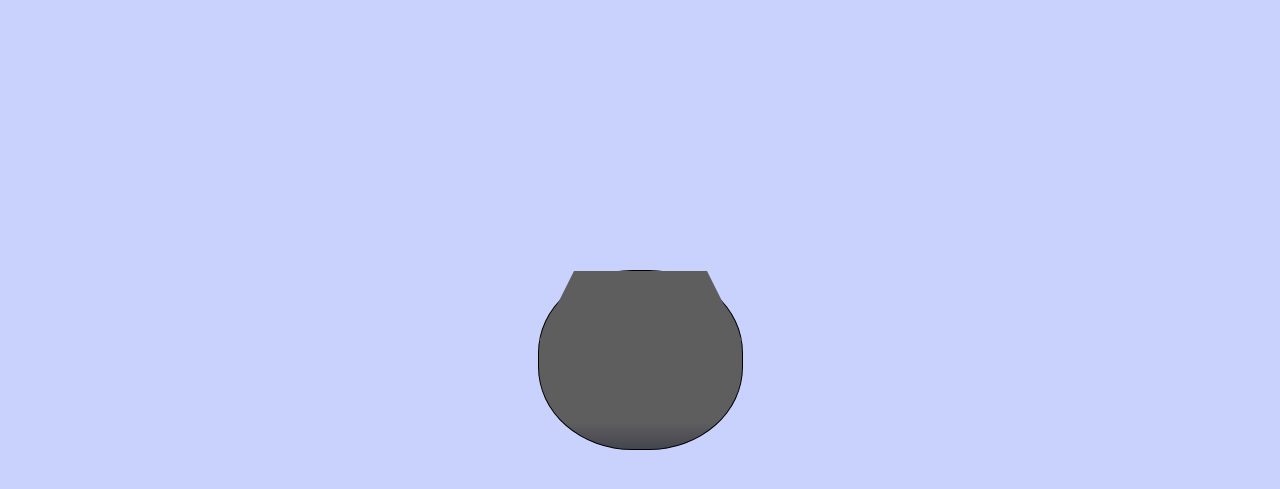
Repository: Lungdjos/cat_painting
Page: index.html
The author's editor kept a copy of each file at every save. The page is drawn from the files as they stood at one save, then again after the next save.
The browser window is 1280 px wide. The pictures show the whole page.

Above is the page before, as saved 2023-11-07 23:29:05.

### index.html
<!DOCTYPE html>
<html lang="en">

<head>
    <meta charset="UTF-8">
    <meta name="viewport" content="width=device-width, initial-scale=1.0">
    <title>fCC Cat Painting</title>
    <link rel="stylesheet" href="./styles.css">
</head>

<body>
    <main>
        <div class="cat-head">
            <div class="cat-ears">
                <div class="cat-right-ear">
                    <div class="cat-right-inner-ear"></div>
                </div>
                <div class="cat-left-ear">
                    <div class="cat-left-inner-ear"></div>
                </div>
            </div>
        </div>
        <!-- <div class="box"></div> -->
    </main>

</body>

</html>

### styles.css
/* Styling the document */

* {
    box-sizing: border-box;
}

body {
    background-color: #c9d2fc;
}

.cat-head {
    width: 205px;
    height: 180px;
    border: 1px solid #000;
    border-radius: 46%;
    background: linear-gradient(#5e5e5e 85%, #45454f 100%);
    position: absolute;
    top: 0;
    left: 0;
    right: 0;
    bottom: 0;
    margin: auto;
}


/* .box {
    width: 200px;
    height: 600px;
    background-color: #000;
    position: absolute;
    top: 800px;
    left: 650px;
} */

.cat-left-ear {
    border-left: 35px solid transparent;
    border-right: 35px solid transparent;
    border-bottom: 70px solid #5e5e5e;
}

After the next save:
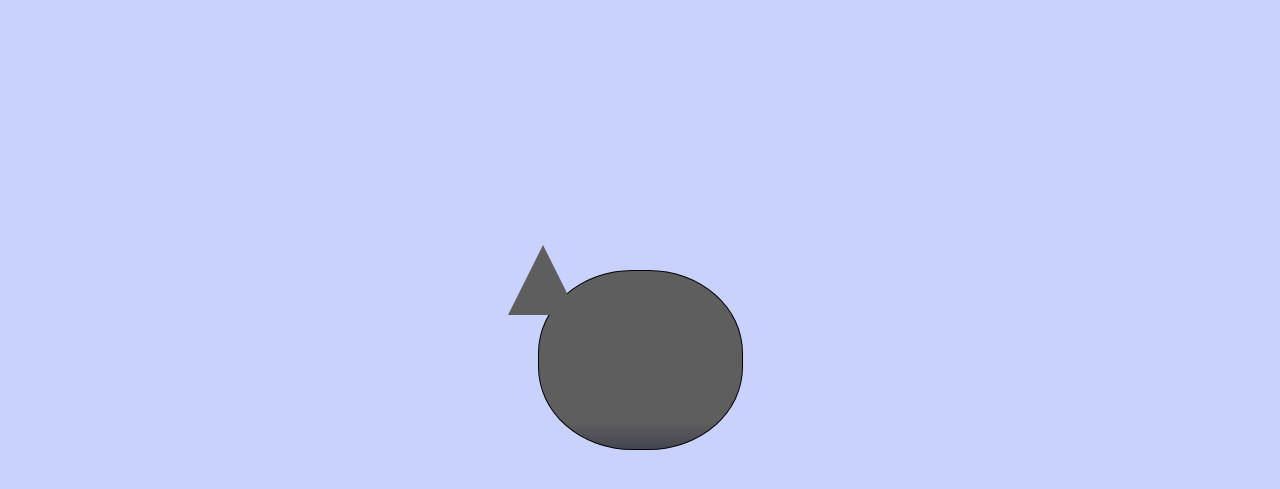
Saved 2 min 0 s later.
--- a/styles.css
+++ b/styles.css
@@ -36,4 +36,7 @@ body {
     border-left: 35px solid transparent;
     border-right: 35px solid transparent;
     border-bottom: 70px solid #5e5e5e;
+    position: absolute;
+    top: -26px;
+    left: -31px;
 }
